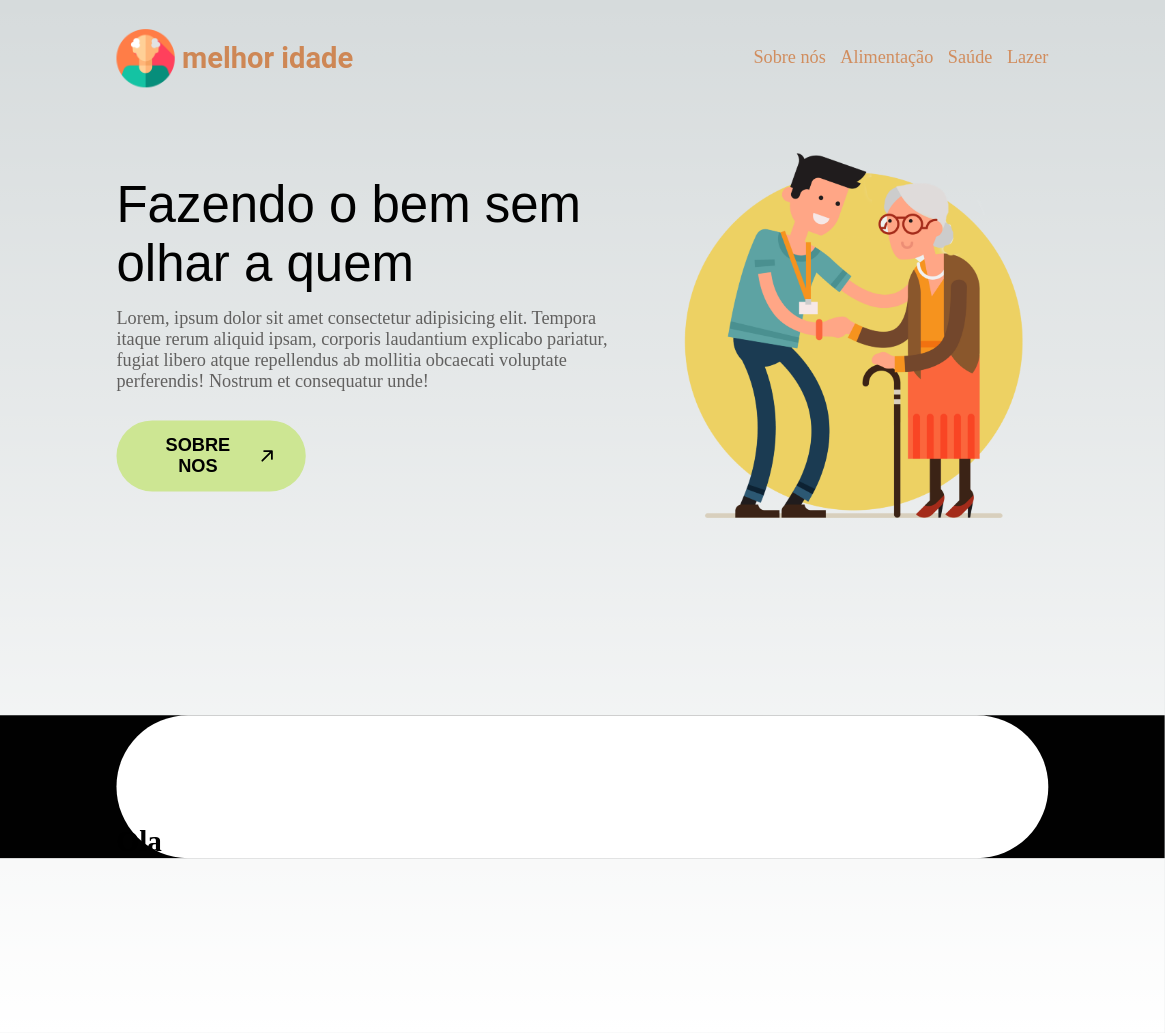
Repository: Giopol12/melhor-idade-online
Page: /index.page
The author's editor kept a copy of each file at every save. The page is drawn from the files as they stood at one save, then again after the next save.
The browser window is 1280 px wide. The pictures show the whole page, at 91% of full size.
The project was rebuilt for these pictures with package versions that can differ from the ones it lists, and the page was loaded fresh each time. The framework's server and built-in components were replaced by stand-ins that run in the browser. Also part of the build but not shown: next.config.js.

Above is the page before, as saved 2023-11-21 10:13:22.

After the next save:
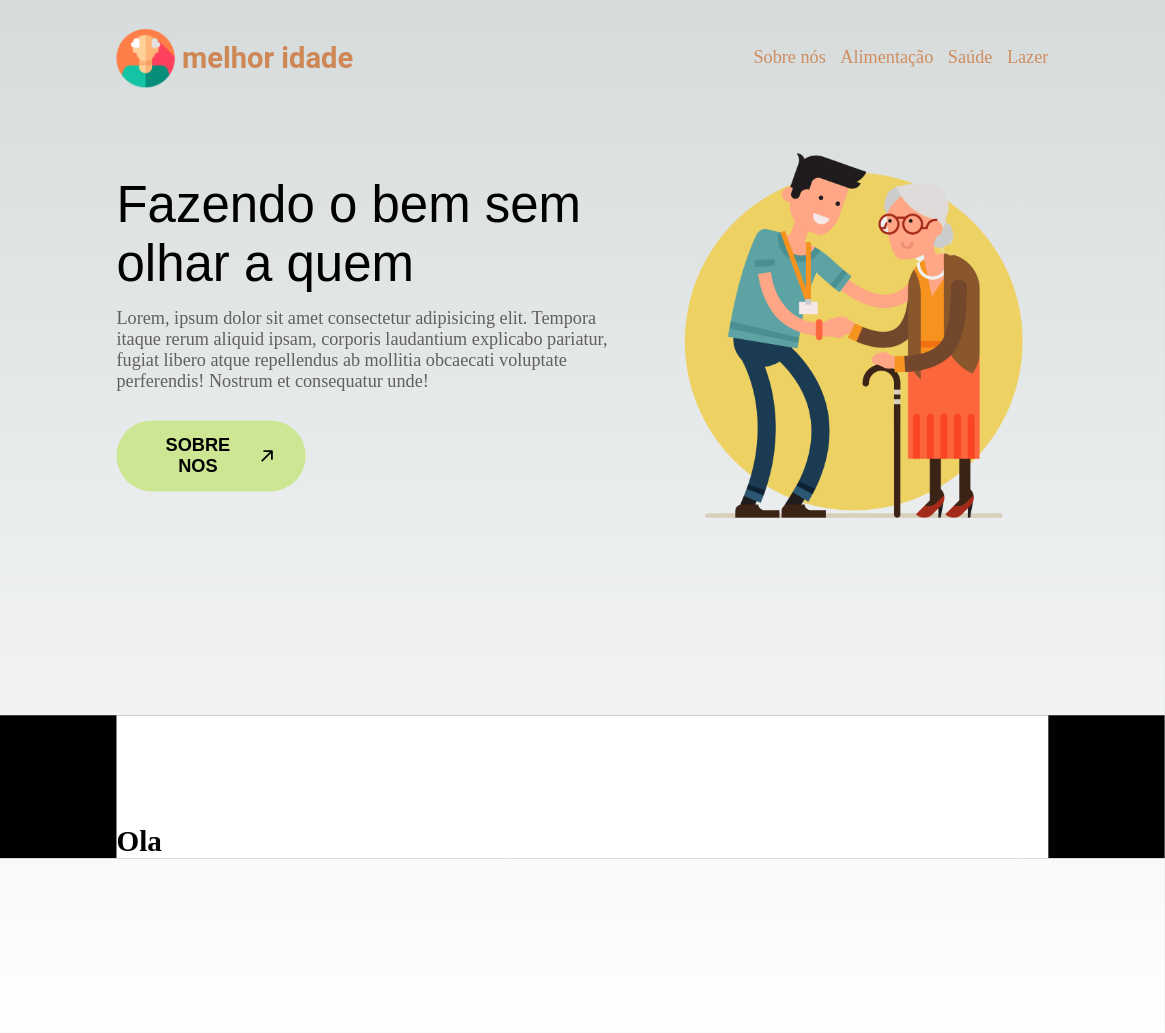
Saved 4 s later.
--- a/src/components/OurMission/styles.ts
+++ b/src/components/OurMission/styles.ts
@@ -9,5 +9,4 @@ export const OurMissionContentContainer = styled('div', {
   background: '$white',
   paddingTop: '7.5rem',
   margin: '0 auto',
-  borderRadius: '9999px',
 })
